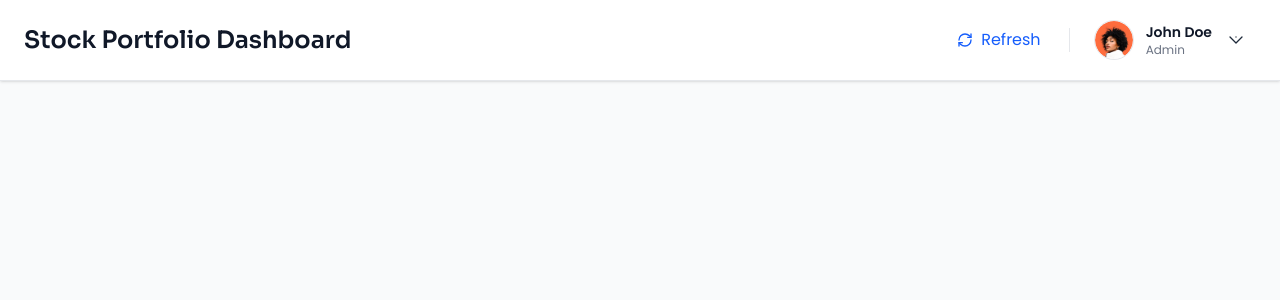
Repository: jabir12-12/inten-project
Page: /
The author's editor kept a copy of each file at every save. The page is drawn from the files as they stood at one save, then again after the next save.
The browser window is 1280 px wide. The pictures show the whole page.
The project was rebuilt for these pictures with package versions that can differ from the ones it lists, and the page was loaded fresh each time. The framework's server and built-in components were replaced by stand-ins that run in the browser. Also part of the build but not shown: next.config.ts.

Above is the page before, as saved 2025-05-17 13:33:23.

### src/pages/index.tsx
'use client';
import React, { useState } from 'react';
import Image from 'next/image';
import { RefreshCw, } from "lucide-react";
export default function Home() {
  const [loading, setLoading] = useState(false)

  return (
    <div className="bg-gray-50 min-h-screen flex flex-col">
      {/* Header */}
      <header className="sticky top-0 z-10 flex justify-between px-4 md:px-6 py-3 md:py-4 bg-white border-b border-gray-200 shadow-sm items-center">
        <div className="flex items-center">
          <h1 className="text-gray-900 font-semibold text-xl md:text-2xl">Stock Portfolio Dashboard</h1>
        </div>
        <div className="flex items-center gap-2 md:gap-4">
          <button
            onClick={() => setLoading(true)}
            className="flex items-center  text-blue-600 hover:text-blue-800 px-3 py-1 rounded-md gap-2 cursor-pointer"
            disabled={loading}
          >
            <RefreshCw className={`w-4 h-4 ${loading ? "animate-spin" : ""}`} />
            <span>{loading ? "Refreshing..." : "Refresh"}</span>
          </button>
          <div className="hidden md:block bg-gray-200 h-6 w-px"></div>
          <div className="flex items-center gap-2 md:gap-3 cursor-pointer rounded-md px-2 py-1 hover:bg-gray-100  transition-colors">
            <div className="h-8 w-8 md:h-10 md:w-10 overflow-hidden rounded-full border border-gray-200">
              <Image
                src="/images/Ellipse 1534 (6).svg"
                alt="User profile"
                className="h-full w-full object-cover"
                width={40}
                height={40}
              />
            </div>
            <div className="hidden md:flex flex-col">
              <span className="text-gray-900 text-sm font-semibold">John Doe</span>
              <span className="text-gray-500 text-xs">Admin</span>
            </div>
            <Image
              src="/images/Frame (21).svg"
              alt="User profile"
              width={24}
              height={24}
            />
          </div>
        </div>
      </header>
    </div>
  );
}

### src/styles/globals.css
@import url('https://fonts.googleapis.com/css2?family=Poppins:wght@400;500;600&family=Inter:wght@400;500;600&family=Sora:wght@400;500;600;700;800&display=swap');
@import url('https://fonts.googleapis.com/css2?family=Inter:wght@400;700&display=swap');

@import "tailwindcss";

body {
  background-color: #f7f8fb;
  margin: 0;
  padding: 0;
  font-family: 'Poppins', sans-serif;
  justify-content: center;
  align-items: center;
  height: 100vh;
}

.video-js .vjs-playback-rate {
  font-size: 10px;
  transform: translateY(12px);
  /* Moves the button down by 10px */

}

.heading .head {
  font-family: 'Sora', sans-serif;
  font-size: 24px;
  /* Example size */
  font-weight: 700;
}

/* Example for other headings if needed */
h1,
h2,
h3,
h4,
h5,
h6 {
  font-family: 'Sora', sans-serif;
}

h3 {
  font-size: 18px;
  font-weight: 600;
}

/* Ensure that other text elements use Poppins */
p,
span,
div {
  font-family: 'Poppins', sans-serif;
}

.button {
  outline: none;
}

/* Custom scrollbar styles */

::-webkit-scrollbar {
  width: 7px;
  height: 7px;
}

::-webkit-scrollbar-thumb {
  background-color: rgba(234, 236, 240, 1);
  ;

  border-radius: 100px;
}

::-webkit-scrollbar-track {
  background: "white";

}

/* THIS IS FOR TEXT-EDITOR IN DISSCUSSION TAB --------------------------*/
.custom-quill .ql-container {
  border: none !important;
  /* Remove the border from the container */
}

.custom-quill .ql-editor {
  border: none !important;
  /* Ensure no border around the editor */
}

.custom-quill:focus {
  outline: none;
  /* Remove outline on focus */
}

.custom-quill .ql-editor {
  font-size: 16px;
  /* Set text size to 16px */
  font-family: 'Poppins', sans-serif;
  font-style: normal;
  /* Use the Poppins font */

}

.custom-quill .ql-editor:empty::before {

  /* Show placeholder */
  color: #667085;
  /* Placeholder color */
  font-family: 'Poppins', sans-serif;
  font-style: normal;
  /* Poppins font for placeholder */
  font-size: 16px;
  /* Placeholder size */
  position: absolute;
  /* Position it absolutely */
  left: 10px;
  /* Adjust according to your padding */
  top: 10px;
  /* Adjust according to your padding */
  pointer-events: none;
  /* Prevent interaction */
}

.custom-quill .ql-editor:focus::before {
  display: none;
  /* Hide placeholder on focus */
}

/* -------------------------------------------------- */
/* FOR TOOLTIP FOR TEST PAGE ONLY ->learn Tab */


.tooltipText {
  position: absolute;
  color: white;
  bottom: 125%;
  /* Position above the button */
  left: 50%;
  /* Center horizontally */
  transform: translateX(-50%);
  /* Adjust to center the tooltip */

  z-index: 3;
  background-color: #131313;
  box-shadow: 0 5px 10px rgba(0, 0, 0, 0.3);
  padding: 6px 14px;
  /* Padding inside the tooltip */
  width: 204px;
  /* Fixed width */
  height: auto;
  /* Hug content (height grows with content) */
  min-height: 78px;
  /* Minimum height */
  font-size: 15px;
  font-weight: 400;
  border-radius: 5px;
  white-space: normal;
  /* Allow text wrapping for longer content */
  opacity: 0;
  pointer-events: none;
  transition: all 0.4s ease;
}

.tooltip:hover .tooltipText {
  opacity: 1;
  pointer-events: auto;
  transform: translate(-50%, -10px);
  /* Move tooltip slightly up on hover */
}

.drawer-overlay {
  background-color: transparent !important;
  /* Makes the overlay transparent */
}

/* magic.module.css */
.customCheckbox input[type="checkbox"]:checked {
  background-color: #9012FF;
  border-color: #9012FF;
}

/* Add this to your global CSS file */
.ql-container .ql-editor img {
  cursor: pointer;
}

.image-resizer {
  border: 1px dashed #999;
  position: absolute;
}

.image-resizer .resize-handle {
  background-color: #fff;
  border: 1px solid #999;
  height: 8px;
  width: 8px;
  position: absolute;
}

.image-resizer .resize-handle.se {
  bottom: -5px;
  right: -5px;
  cursor: se-resize;
}

.image-resizer .resize-handle.sw {
  bottom: -5px;
  left: -5px;
  cursor: sw-resize;
}

.image-resizer .resize-handle.ne {
  top: -5px;
  right: -5px;
  cursor: ne-resize;
}

.image-resizer .resize-handle.nw {
  top: -5px;
  left: -5px;
  cursor: nw-resize;
}


@layer base {
  :root {
    --radius: 0.5rem;
    --chart-1: 12 76% 61%;
    --chart-2: 173 58% 39%;
    --chart-3: 197 37% 24%;
    --chart-4: 43 74% 66%;
    --chart-5: 27 87% 67%;
  }

  .dark {
    --chart-1: 220 70% 50%;
    --chart-2: 160 60% 45%;
    --chart-3: 30 80% 55%;
    --chart-4: 280 65% 60%;
    --chart-5: 340 75% 55%;
  }
}

Loaded but not shown: src/pages/_app.tsx (common file); src/pages/_document.tsx (common file)

After the next save:
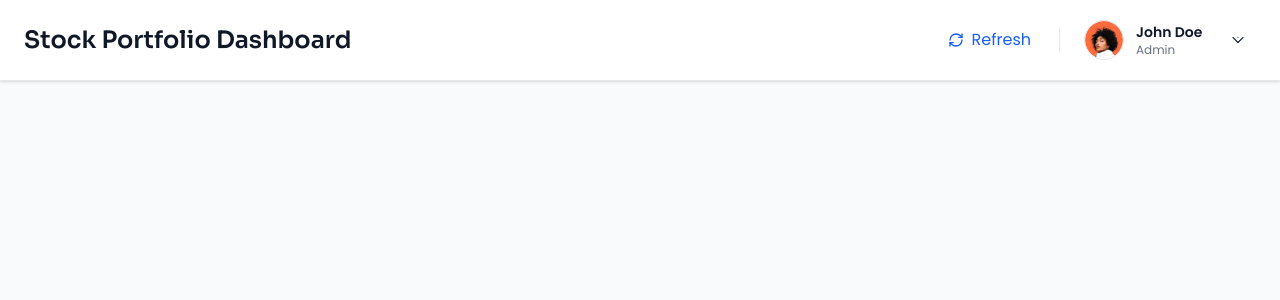
Saved 39 min 36 s later.
--- a/src/pages/index.tsx
+++ b/src/pages/index.tsx
@@ -22,8 +22,9 @@ export default function Home() {
             <span>{loading ? "Refreshing..." : "Refresh"}</span>
           </button>
           <div className="hidden md:block bg-gray-200 h-6 w-px"></div>
-          <div className="flex items-center gap-2 md:gap-3 cursor-pointer rounded-md px-2 py-1 hover:bg-gray-100  transition-colors">
-            <div className="h-8 w-8 md:h-10 md:w-10 overflow-hidden rounded-full border border-gray-200">
+          <div className="flex items-center gap-2 md:gap-3 cursor-pointer rounded-md px-2 py-1 hover:bg-gray-100 transition-colors">
+            {/* Avatar: always visible */}
+            <div className="h-8 w-8 md:h-10 md:w-10 overflow-hidden rounded-full border border-gray-200 shrink-0">
               <Image
                 src="/images/Ellipse 1534 (6).svg"
                 alt="User profile"
@@ -32,17 +33,24 @@ export default function Home() {
                 height={40}
               />
             </div>
-            <div className="hidden md:flex flex-col">
-              <span className="text-gray-900 text-sm font-semibold">John Doe</span>
-              <span className="text-gray-500 text-xs">Admin</span>
+
+            {/* Name and Role: hidden on small screens */}
+            <div className="hidden md:flex flex-col min-w-[80px]">
+              <span className="text-gray-900 text-sm font-semibold truncate">John Doe</span>
+              <span className="text-gray-500 text-xs truncate">Admin</span>
             </div>
-            <Image
-              src="/images/Frame (21).svg"
-              alt="User profile"
-              width={24}
-              height={24}
-            />
+
+            {/* Dropdown Icon: visible always, aligned nicely */}
+            <div className="flex items-center justify-center h-5 w-5">
+              <Image
+                src="/images/Frame (21).svg"
+                alt="Dropdown icon"
+                width={20}
+                height={20}
+              />
+            </div>
           </div>
+
         </div>
       </header>
     </div>
